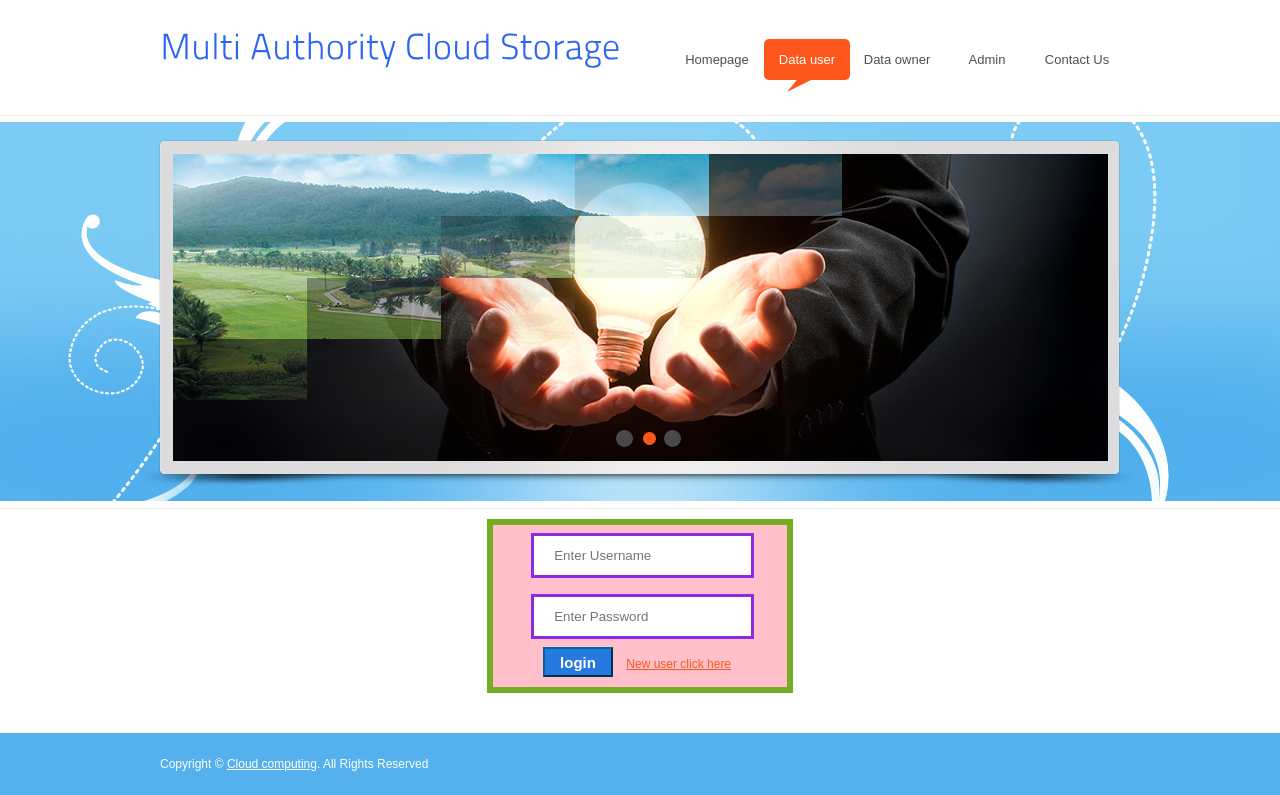
Repository: saikiran17121996/JavaProject
Page: http://localhost/FileHub/DataUserL.jsp
The author's editor kept a copy of each file at every save. The page is drawn from the files as they stood at one save, then again after the next save.
The browser window is 1280 px wide. The pictures show the whole page.
The page is served by Tomcat 9. Other server files are loaded and not shown.

Above is the page before, as saved 2018-02-28 13:49:58.

### FileHub/WebContent/DataUserL.jsp
<!DOCTYPE html PUBLIC "-//W3C//DTD XHTML 1.0 Transitional//EN" "http://www.w3.org/TR/xhtml1/DTD/xhtml1-transitional.dtd">
<html xmlns="http://www.w3.org/1999/xhtml">
<head>
<title>Multi Authority</title>
<meta http-equiv="Content-Type" content="text/html; charset=utf-8" />
<link href="css/style.css" rel="stylesheet" type="text/css" />
<link rel="stylesheet" type="text/css" href="css/coin-slider.css" />
<link rel="stylesheet" type="text/css" href="css/InputTypeEditor.css"  />
<script type="text/javascript" src="js/cufon-yui.js"></script>
<script type="text/javascript" src="js/cufon-titillium-250.js"></script>
<script type="text/javascript" src="js/jquery-1.4.2.min.js"></script>
<script type="text/javascript" src="js/script.js"></script>
<script type="text/javascript" src="js/coin-slider.min.js"></script>
</head>
<body>
<div class="main">
  <div class="header">
    <div class="header_resize">
      <div class="logo">
<h1><span style="color:#2D66F1">Multi Authority Cloud Storage</span></h1>      </div>
      <div class="menu_nav">
        <ul>
                <li><a href="home.jsp">Homepage</a></li>
				<li class="active"><a href="DataUserL.jsp">Data user</a></li>
				<li><a href="DataOwnerL.jsp">Data owner</a></li>
				<li><a href="Admin.jsp">Admin</a></li>
				<li><a href="Contact123.jsp">Contact Us</a></li>
        </ul>
      </div>
      <div class="clr"></div>
      <div class="slider">
        <div id="coin-slider"><a href="#"><img src="images/slide1.jpg" width="935" height="307" alt="" /></a> <a href="#"><img src="images/slide2.jpg" width="935" height="307" alt="" /></a> <a href="#"><img src="images/slide3.jpg" width="935" height="307" alt="" /></a></div>
        <div class="clr"></div>
      </div>
      <div class="clr"></div>
    </div>
  </div>



  <div class="MyInputContainer"><div class="MyInputContainer1">

  <form action="LoginServlet" method="post">
<input class="inputtype1" type="text" name="username" placeholder="Enter Username" required=""/>
  <input class="inputtype1" type="password" name="password" placeholder="Enter Password" required=""/>
  <button class="editedbutton" type="submit" style="margin-left:50px; ">login</button>&nbsp;&nbsp;&nbsp;&nbsp;<a href="DataUserR.jsp">New user click here</a>
  </form>


</div>
</form>


  </div></div>
  <div class="footer">
    <div class="footer_resize">
      <p class="lf">Copyright &copy; <a href="home.jsp">Cloud computing</a>. All Rights Reserved</p>
      <div style="clear:both;"></div>
    </div>
  </div>
</div>
</body>
</html>

### FileHub/WebContent/css/style.css
/* Design by http://www.dreamtemplate.com */
@charset "utf-8";
body {
	margin:0;
	padding:0;
	width:100%;
	color:#6d6d6d;
	font:normal 12px/1.5em "Liberation sans", Arial, Helvetica, sans-serif;
	background:#fff url(../images/main_bg.gif) repeat-x left 115px;
}
html, .main {
	padding:0;
	margin:0;
}
.main {
	background:url(../images/hbg_bg.jpg) no-repeat center 115px;
}
.clr {
	clear:both;
	padding:0;
	margin:0;
	width:100%;
	font-size:0;
	line-height:0;
}
h2 {
	margin:8px 0;
	padding:8px 0;
	font-size:24px;
	font-weight:normal;
	color:#6e6e6e;
}
p {
	margin:8px 0;
	padding:0 0 8px 0;
}
a {
	color:#fe571a;
	text-decoration:underline;
}
.header, .content, .menu_nav, .fbg, .footer, form, ol, ol li, ul, .content .mainbar, .content .sidebar {
	margin:0;
	padding:0;
}
.header {
}
.header_resize {
	margin:0 auto;
	padding:0;
	width:960px;
}
.logo {
	padding:0;
	float:none;
	float:left;
	width:auto;
	height:141px;
}
h1 {
	margin:0;
	padding:32px 0 0;
	font-size:36px;
	font-weight:normal;
	line-height:1.2em;
	text-transform:none;
}
h1 a, h1 a:hover {
	color:#4e4e4f;
	text-decoration:none;
}
h1 span {
}
h1 small {
	display:block;
	font-size:13px;
	line-height:1.2em;
	letter-spacing:normal;
	text-transform:none;
	color:#4e4e4f;
}
.slider {
	padding:13px 12px 8px 13px;
	background:no-repeat center bottom;
}
.rss {
	padding:18px 20px 0 0;
	float:right;
	width:auto;
}
.rss p {
	margin:0;
	padding:0;
	float:right;
	width:auto;
	color:#fff;
	font-size:13px;
	line-height:1.5em;
	font-weight:bold;
}
.rss a {
	color:#fff;
	text-decoration:none;
}
.rss a:hover {
	text-decoration:underline;
}
.rss img {
	margin:-3px 0 -3px 6px;
	border:none;
}
.menu_nav {
	margin:0 auto;
	padding:39px 0 0;
	height:36px;
	float:right;
}
.menu_nav ul {
	list-style:none;
	padding:0;
	height:36px;
	float:left;
}
.menu_nav ul li {
	margin:0;
	padding:0 0 0 4px;
	float:left;
}
.menu_nav ul li a {
	display:block;
	margin:0;
	padding:12px 0 0;
	width:86px;
	height:41px;
	font-size:13px;
	line-height:17px;
	font-weight:normal;
	color:#4e4f4f;
	text-decoration:none;
	text-transform:none;
	text-align:center;
	background:no-repeat left top;
}
.menu_nav ul li.active a, .menu_nav ul li a:hover {
	text-decoration:none;
	color:#fff;
	background:url(../images/menu_a.jpg) no-repeat left top;
}
.content {
	padding:56px 0 40px;
}
.content_resize {
	margin:0 auto;
	padding:0;
	width:960px;
}
.content .mainbar {
	margin:0;
	padding:0;
	float:right;
	width:684px;
}
.content .mainbar h2 {
	margin-bottom:0;
	padding-bottom:8px;
	font-size:24px;
	line-height:1.2em;
	color:#6e6e6e;
}
.content .mainbar div.img {
	padding:12px 0 0;
	float:left;
}
.content .mainbar img {
}
.content .mainbar img.fl {
	margin:0;
	border:1px solid #d4d7dc;
}
.content .mainbar .article {
	margin:0 0 8px;
	padding:6px 20px;
}
.content .mainbar .post_content {
	float:right;
	width:440px;
}
.content .mainbar .post_content strong {
	color:#6d6d6d;
}
.content .sidebar {
	padding:0;
	float:left;
	width:260px;
}
.content .sidebar .gadget {
	margin:0 0 24px;
	padding:12px 20px 24px;
	border:1px solid #e0e0e0;
}
.content .sidebar h2 {
	color:#6e6e6e;
}
ul.sb_menu, ul.ex_menu {
	margin:0;
	padding:0;
	list-style:none;
	color:#6e6e6e;
}
ul.sb_menu li, ul.ex_menu li {
	margin:0;
	border-bottom:1px solid #e8e8e8;
}
ul.sb_menu li {
	padding:8px 0;
	width:220px;
}
ul.ex_menu li {
	padding:8px 0;
}
ul.sb_menu li a {
	color:#6e6e6e;
	text-decoration:none;
	margin-left:-16px;
	padding:4px 8px 4px 16px;
}
ul.ex_menu li a {
	font-weight:bold;
	color:#6e6e6e;
	text-decoration:none;
}
ul.sb_menu li a:hover, ul.ex_menu li a:hover {
	color:#fe571a;
	font-weight:bold;
	text-decoration:none;
}
p.spec {
	padding:0 0 16px;
}
p.infopost {
	margin:0 0 8px;
	padding:9px 16px 0;
	height:26px;
	color:#fff;
	background:#fa6c38;
}
p.infopost a {
	padding:0 2px;
	text-decoration:none;
	font-weight:bold;
	color:#fff;
}
p.infopost a:hover {
	text-decoration:underline;
}
.article a.com {
	display:block;
	float:right;
	margin:-14px 0 0;
	padding:7px 0 0;
	width:58px;
	height:37px;
	font-size:33px;
	font-weight:normal;
	text-decoration:none;
	text-align:center;
	color:#fff;
	background:url(../images/comment.jpg) no-repeat left top;
}
.article a.com:hover {
	text-decoration:none;
}
.article a.com span {
	font-weight:normal;
}
.post_content a.rm {
	display:block;
	float:left;
	margin:0 0 16px;
	padding:9px 0 0;
	font-size:13px;
	line-height:16px;
	font-weight:normal;
	text-transform:none;
	color:#4daaeb;
	text-decoration:none;
	text-align:center;
}
.post_content a.rm:hover {
	text-decoration:underline;
}
.content p.pages {
	margin:0;
	padding:24px 20px;
	font-size:11px;
	color:#6e6e6e;
	text-align:left;
}
.content p.pages span, .content p.pages a {
	display:block;
	float:left;
	margin:0 4px 0 0;
	padding:5px 0;
	width:27px;
	line-height:17px;
	text-decoration:none;
	text-align:center;
	background:#f00 url(../images/page_p.jpg) no-repeat left top;
}
.content p.pages span, .content p.pages a:hover {
	color:#fff;
	background-image:url(../images/page_a.jpg);
}
.content p.pages a {
	color:#fff;
	border:none;
}
.content p.pages small {
	font-size:12px;
	float:right;
}
.content .mainbar .comment {
	margin:0;
	padding:16px 0 0 0;
}
.content .mainbar .comment img.userpic {
	border:1px solid #dedede;
	margin:10px 16px 0 0;
	padding:0;
	float:left;
}
.fbg {
	padding:0;
	background:#54b1ed url(../images/line.gif) repeat-x left bottom;
	border-top:3px solid #7cc8f3;
}
.fbg_resize {
	margin:0 auto;
	width:960px;
	padding:16px 0;
	color:#fff;
}
.fbg h2 {
	color:#fff;
	padding-bottom:24px;
}
.fbg img.gal {
	margin:0 8px 8px 0;
	padding:0;
	border:4px solid #ece7e7;
}
.fbg .col {
	margin:0;
	float:left;
}
.fbg .c1 {
	padding:0 16px 0 0;
	width:280px;
}
.fbg .c2 {
	padding:0 36px 0 16px;
	width:300px;
}
.fbg .c3 {
	padding:0 0 0 16px;
	width:294px;
}
.fbg .fbg_ul {
	margin:0;
	padding:0;
	list-style:none;
}
.fbg .fbg_ul li {
	margin:0;
	padding:0;
	list-style:none;
}
.fbg .fbg_ul li a {
	display:block;
	margin:0;
	padding:2px 0 2px 12px;
	color:#fff;
	text-decoration:none;
	background:url(../images/li.gif) no-repeat left center;
}
.fbg .fbg_ul li a:hover {
	color:#fff;
	text-decoration:underline;
}
.fbg p.contact_info {
	line-height:1.8em;
}
.fbg p.contact_info a {
	color:#fff;
	text-decoration:underline;
}
.fbg p.contact_info span {
	display:block;
	float:left;
	width:74px;
	font-weight:bold;
}
ol {
	list-style:none;
}
ol li {
	display:block;
	clear:both;
}
ol li label {
	display:block;
	margin:0;
	padding:16px 0 0 0;
}
ol li input.text {
	width:480px;
	border:1px solid #c0c0c0;
	margin:0;
	padding:5px 2px;
	height:16px;
	background-color:#fff;
}
ol li textarea {
	width:480px;
	border:1px solid #c0c0c0;
	margin:0;
	padding:2px;
	background-color:#fff;
}
ol li .send {
	margin:16px 0 0 0;
}
.searchform {
	margin:20px 0 24px;
	padding:0;
	border:1px solid #e0e0e0;
}
#formsearch {
	margin:0;
	padding:24px 0 20px 20px;
	width:auto;
	height:33px;
}
#formsearch span {
	display:block;
	margin:0;
	padding:0;
	float:left;
	background:url(../images/search_bg.gif) no-repeat left top;
}
#formsearch input.editbox_search {
	margin:0;
	padding:9px 6px 9px 16px;
	float:left;
	width:169px;
	font-size:12px;
	line-height:14px;
	color:#a8acb2;
	background:none;
	outline:none;
	border:none;
}
#formsearch input.button_search {
	margin:0;
	padding:0;
	border:none;
	float:left;
}
.footer {
	background:#54b1ed;
}
.footer_resize {
	margin:0 auto;
	padding:0;
	width:960px;
	line-height:1.5em;
	color:#fff;
}
.footer_resize p {
	margin:24px 0;
	padding:0;
	line-height:normal;
	white-space:nowrap;
	text-indent:inherit;
}
.footer_resize a {
	color:#fff;
	font-weight:normal;
	margin:0;
	padding:0;
	border:none;
	text-decoration:underline;
	background-color:transparent;
}
.footer_resize a:hover {
	color:#fff;
	background-color:transparent;
	text-decoration:none;
}
.footer_resize .lf {
	float:left;
}
.footer_resize .rf {
	float:right;
}
a {
	outline:none;
}

### FileHub/WebContent/css/coin-slider.css
/*
	Coin Slider jQuery plugin CSS styles
	http://workshop.rs/projects/coin-slider
*/
.coin-slider {
	padding:0;
	overflow:hidden;
	zoom:1;
	position:relative;
	float:right;
}
.coin-slider a {
	text-decoration:none;
	outline:none;
	border:none;
}
/* buttons for switching */
.cs-buttons {
	margin:-32px 0 0;
	padding:0;
	font-size:0;
	float:left;
}
.cs-buttons a {
	margin:0 2px;
	width:20px;
	height:20px;
	float:left;
	color:#fff;
	text-indent:-10000px;
	background:url(../images/slide_p.png) no-repeat center center;
}
.cs-buttons a.cs-active {
	color:#fff;
	background-image:url(../images/slide_a.png);
}
/* text in slider */
.cs-title {
	display:none;
	padding:16px 60px 16px 24px;
	width:876px;
	color:#fff;
	font-size:15px;
	line-height:1.5em;
	background:url(../images/overlay.png) repeat left top;
}
.cs-title big {
	font-size:20px;
}
/* buttons Next and Prew */
.cs-prev, .cs-next {
	background:url(../images/overlay.png) repeat left top;
	color:#fff;
	padding:0 10px;
}

### FileHub/WebContent/css/InputTypeEditor.css
@CHARSET "ISO-8859-1";

.inputtype1
{
    padding: 12px 20px;
    margin: 8px 13% 8px ;
    box-sizing: border-box;
    border: 3px solid  	#8A2BE2;
    outline: none;
}


.inputtype1:focus {
    background-color: #C1CDCD;
}

.MyInputContainer{
	height:auto;
	width:300px;
	background-color:pink;
	 margin: auto;
    border: 3px solid #73AD21;
   margin-bottom:40px;
   margin-top: 50px;
}
.MyInputContainer1{
	height:auto;
	width:auto;
	background-color:pink;
	 margin: auto;
    border: 3px solid #73AD21;
   margin:auto;
   }

.MyInputContainer:hover{
box-shadow:15px 15px 8px #888888;
}

.MySubmitButton{
	 padding: 20px 20px;
    margin-left:35%;

}
.login-btn {
	padding:12px 20px;
	margin-left:110px;
    margin-bottom:5px;
  right: 1rem;
  bottom: 1rem;
  width: 5rem;
  height: 5rem;
  border: none;
  background:#2D66F1;
  border-radius: 50%;
  font-size: 0;
  border: 0.6rem solid transparent;
  transition: all 0.3s ease-in-out;
}
.login-btn:after {
  content: "";
  left: 1rem;
  top: 0.8rem;
  width: 0;
  height: 0;
  border-left: 2.4rem solid #fff;
  border-top: 1.2rem solid transparent;
  border-bottom: 1.2rem solid transparent;
  transition: border 0.3s ease-in-out 0s;
}
.login-btn:hover, .login-btn:focus, .login-btn:active {
  background: #fff;
  border-color: orange;
  outline: none;
}
.login-btn:hover:after, .login-btn:focus:after, .login-btn:active:after {
  border-left-color: #2D66F1;
}

.editedbutton {
	background:#2679DE;color: white;
border-style: outset;border-color: #0066A2;
height: 30px;width: 70px;
font: bold 15px arial, sans-serif;text-shadow:none;
margin-bottom: 10px;}


.editedbutton:hover{
background: #0066A2;color: white;
border-style: outset;border-color: #0066A2;
height: 30px;width: 60px;
font: bold 15px arial, sans-serif;text-shadow:none;
margin-bottom: 10px;
}

### FileHub/WebContent/js/script.js
// <![CDATA[
$(function() {

  // Slider
  $('#coin-slider').coinslider({width:935,height:307,opacity:1});

  // Radius Box
  $('p.infopost').css({"border-radius":"6px", "-moz-border-radius":"6px", "-webkit-border-radius":"6px"});
  $('.searchform, .content .sidebar .gadget').css({"border-radius":"8px", "-moz-border-radius":"8px", "-webkit-border-radius":"8px"});
  //$('.content .sidebar .gadget, .fbg_resize').css({"border-radius":"12px", "-moz-border-radius":"12px", "-webkit-border-radius":"12px"});
  //$('.content p.pages span, .content p.pages a').css({"border-radius":"16px", "-moz-border-radius":"16px", "-webkit-border-radius":"16px"});
  //$('.menu_nav').css({"border-bottom-left-radius":"16px", "border-bottom-right-radius":"16px", "-moz-border-radius-bottomleft":"16px", "-moz-border-radius-bottomright":"16px", "-webkit-border-bottom-left-radius":"16px", "-webkit-border-bottom-right-radius":"16px"});

});

// Cufon
Cufon.replace('h1, h2, h3, h4, h5, h6, .article a.com', { hover: true });
//Cufon.replace('h1', { color: '-linear-gradient(#fff, #ffaf02)'});
//Cufon.replace('h1 small', { color: '#8a98a5'});

// ]]>

Loaded but not shown: FileHub/WebContent/js/cufon-yui.js (library); FileHub/WebContent/js/cufon-titillium-250.js (library); FileHub/WebContent/js/jquery-1.4.2.min.js (library); FileHub/WebContent/js/coin-slider.min.js (library)

After the next save:
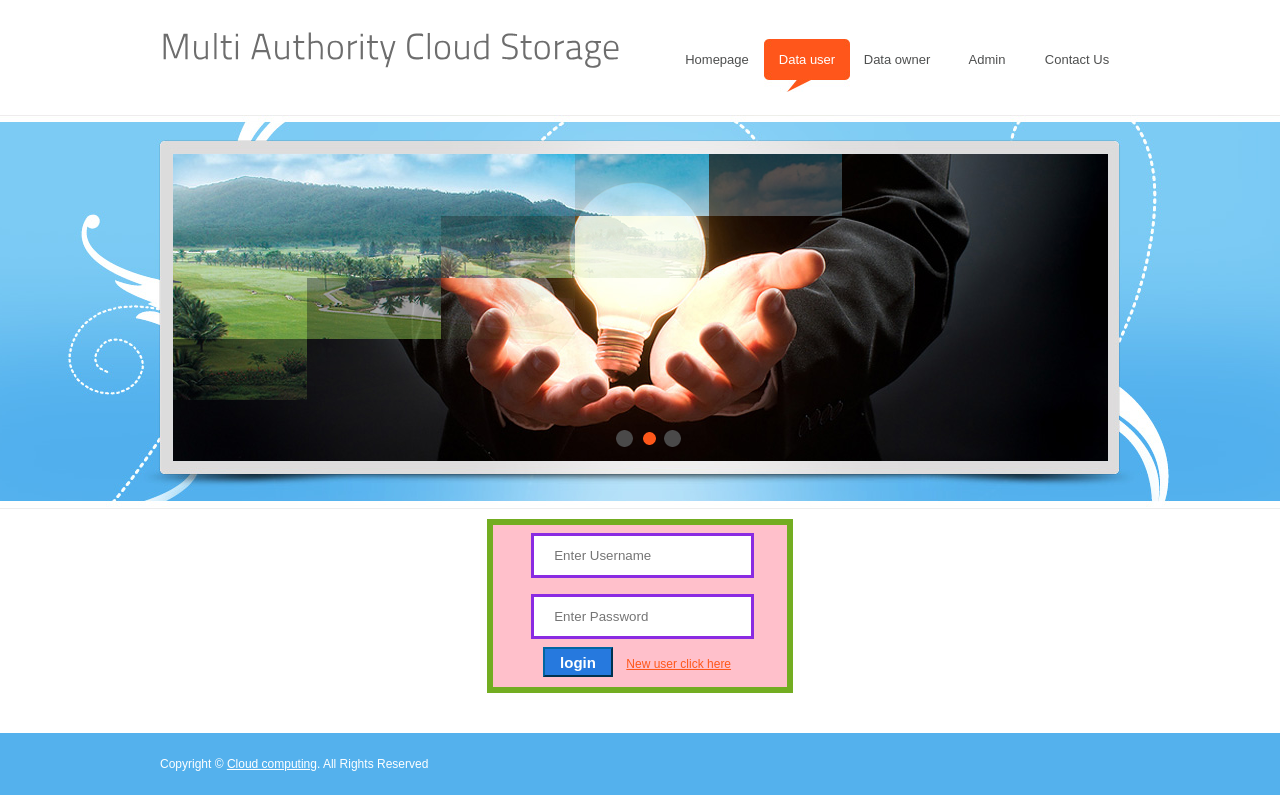
Saved 86 s later.
--- a/FileHub/WebContent/DataUserL.jsp
+++ b/FileHub/WebContent/DataUserL.jsp
@@ -17,7 +17,7 @@
   <div class="header">
     <div class="header_resize">
       <div class="logo">
-<h1><span style="color:#2D66F1">Multi Authority Cloud Storage</span></h1>      </div>
+<h1><span style="color:"green"">Multi Authority Cloud Storage</span></h1>      </div>
       <div class="menu_nav">
         <ul>
                 <li><a href="home.jsp">Homepage</a></li>
